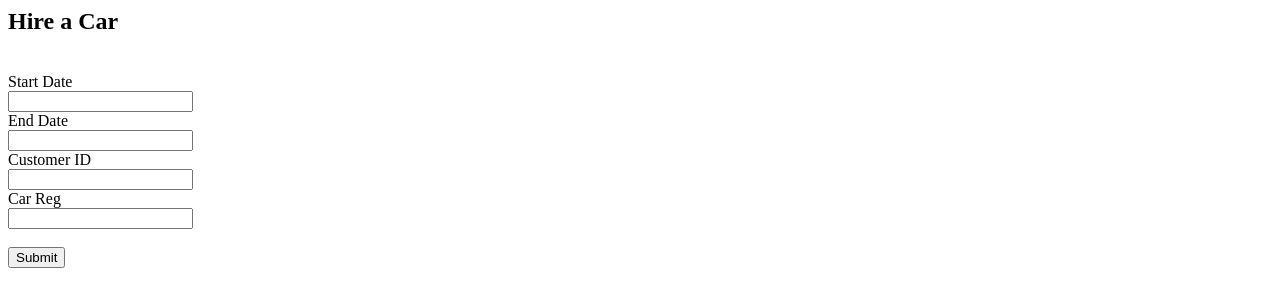
Repository: BrianD147/4th-Year-Project-Distributed-Systems
Page: http://localhost/REST/newOrder.jsp
These files come from the project's save history. The page is drawn as it stood at one moment and after the next save; the edit follows.
The browser window is 1280 px wide. The pictures show the whole page.
The page is served by Tomcat 9.

Above is the page before, as saved 2018-12-09 17:38:28.

After the next save:
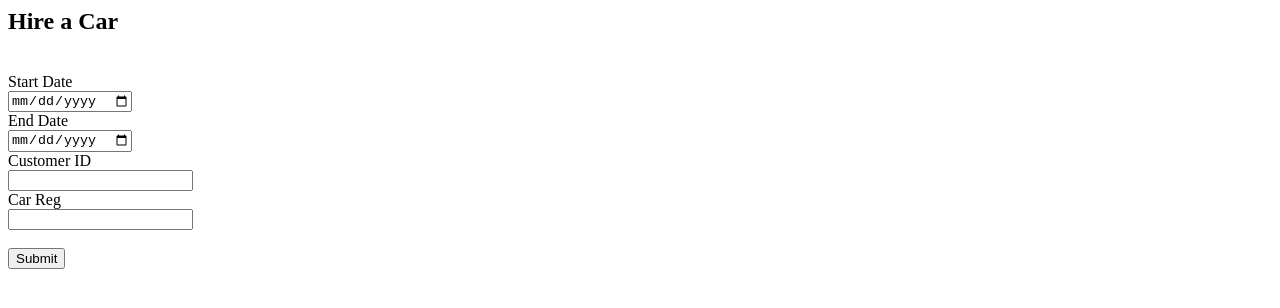
Saved 8 s later.
--- a/REST/src/main/webapp/newOrder.jsp
+++ b/REST/src/main/webapp/newOrder.jsp
@@ -3,9 +3,9 @@
     <h2>Hire a Car</h2>
     <form action="webapi/myresource/write" method="post">
     	<br/> Start Date <br/>
-    	<input type="text" name="startDate">
+    	<input type="date" name="startDate">
     	<br/> End Date <br/>
-	    <input type="text" name="endDate">
+	    <input type="date" name="endDate">
 	    <br/> Customer ID <br/>
 	    <input type="number" name="custID">
 	    <br/> Car Reg <br/>
